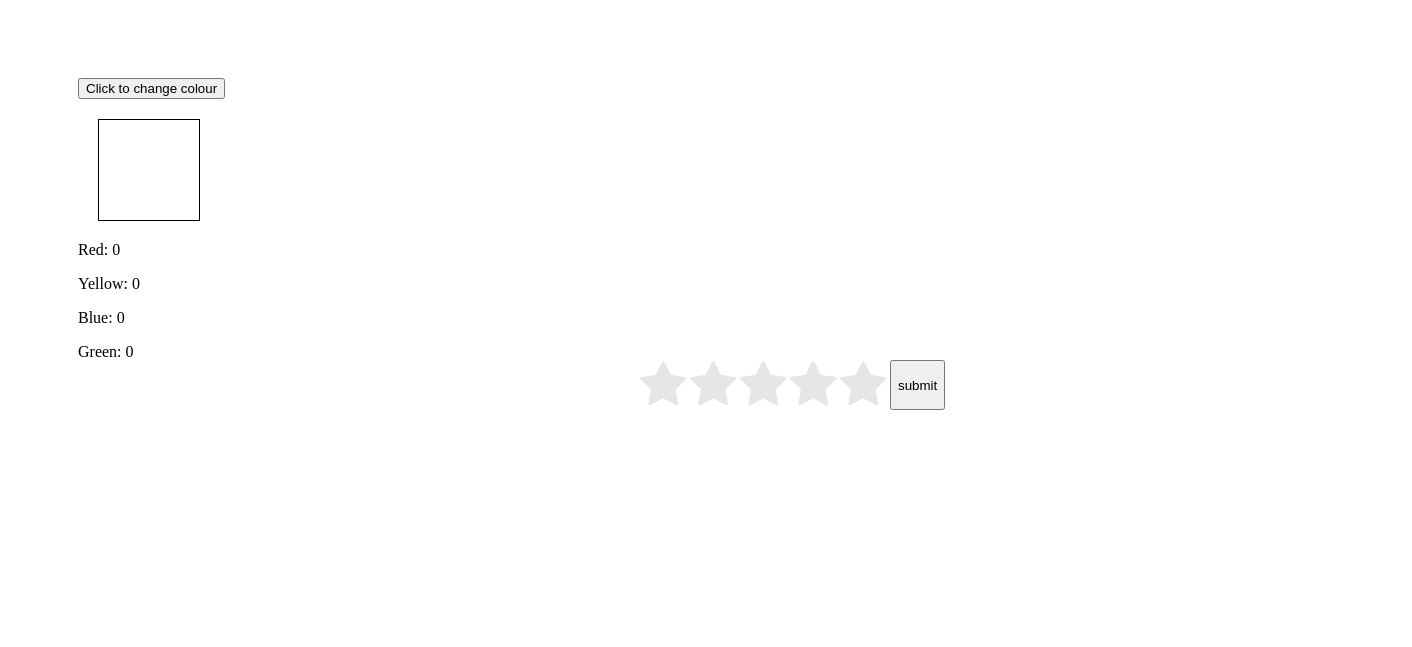
Repository: samalty/star-rating-system-js-test
Page: home.html
The author's editor kept a record of every edit. The page is drawn from the files as they stood at one moment, then again after the next edit.
The browser window is 1280 px wide. The page is 1412 px wide, so the pictures cover 1412 px, including what lies to the right of the window. The pictures show the whole page.

Above is the page before.

After the next edit:
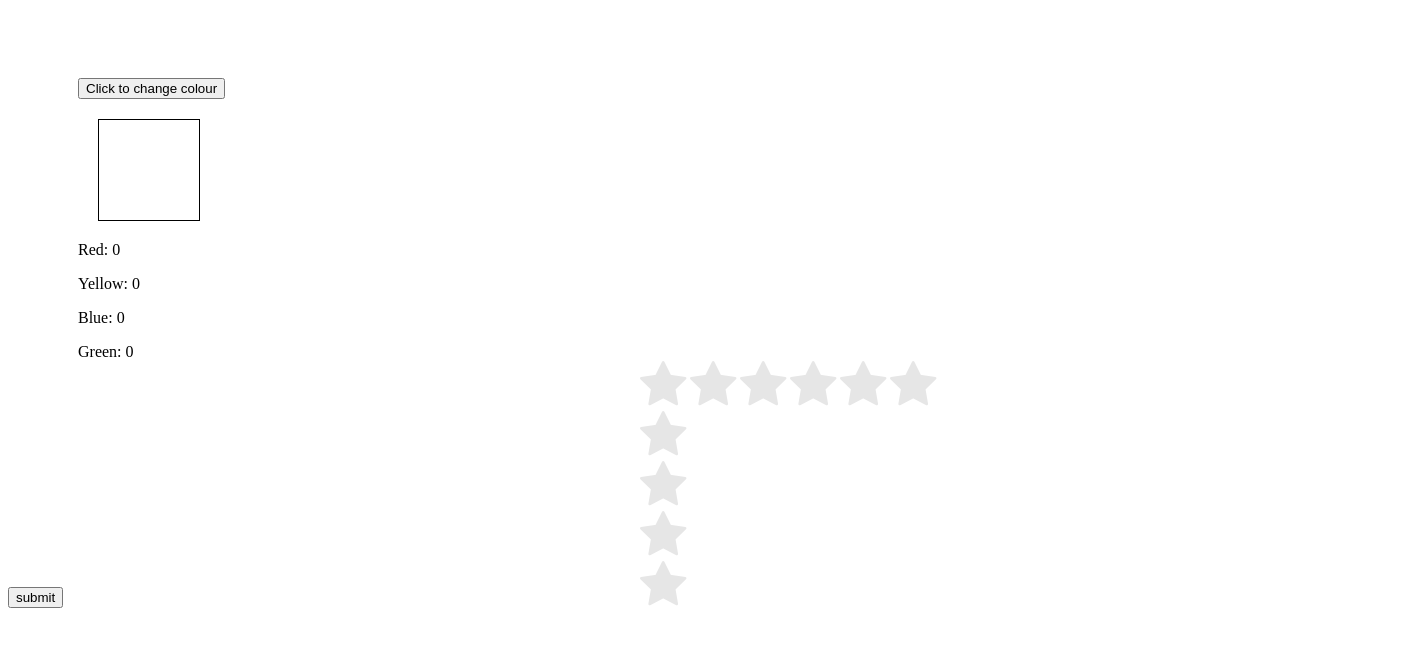
The edit:
--- a/home.html
+++ b/home.html
@@ -19,16 +19,29 @@
         </div>
         <div class="container">
             <form name="stars" class="starsForm" onsubmit="return overallRating()">
-                <input type="radio" name="star" class="star" id="star5" value="5"><label for="star5">
-                </label>
-                <input type="radio" name="star" class="star" id="star4" value="4"><label for="star4">
-                </label>
-                <input type="radio" name="star" class="star" id="star3" value="3"><label for="star3">
-                </label>
-                <input type="radio" name="star" class="star" id="star2" value="2"><label for="star2">
-                </label>
-                <input type="radio" name="star" class="star" id="star1" value="1"><label for="star1">
-                </label>
+                <div class="starContainer">
+                    <input type="radio" name="star" class="star" id="star5" value="5"><label for="star5">
+                    </label>
+                    <input type="radio" name="star" class="star" id="star4" value="4"><label for="star4">
+                    </label>
+                    <input type="radio" name="star" class="star" id="star3" value="3"><label for="star3">
+                    </label>
+                    <input type="radio" name="star" class="star" id="star2" value="2"><label for="star2">
+                    </label>
+                    <input type="radio" name="star" class="star" id="star1" value="1"><label for="star1">
+                    </label>
+                    </div>
+                    <input type="radio" name="star" class="star" id="star5" value="5"><label for="star5">
+                    </label>
+                    <input type="radio" name="star" class="star" id="star4" value="4"><label for="star4">
+                    </label>
+                    <input type="radio" name="star" class="star" id="star3" value="3"><label for="star3">
+                    </label>
+                    <input type="radio" name="star" class="star" id="star2" value="2"><label for="star2">
+                    </label>
+                    <input type="radio" name="star" class="star" id="star1" value="1"><label for="star1">
+                    </label>
+                </div>
                 <input type="submit" class="submit" value="submit">
             </form>
         </div>
